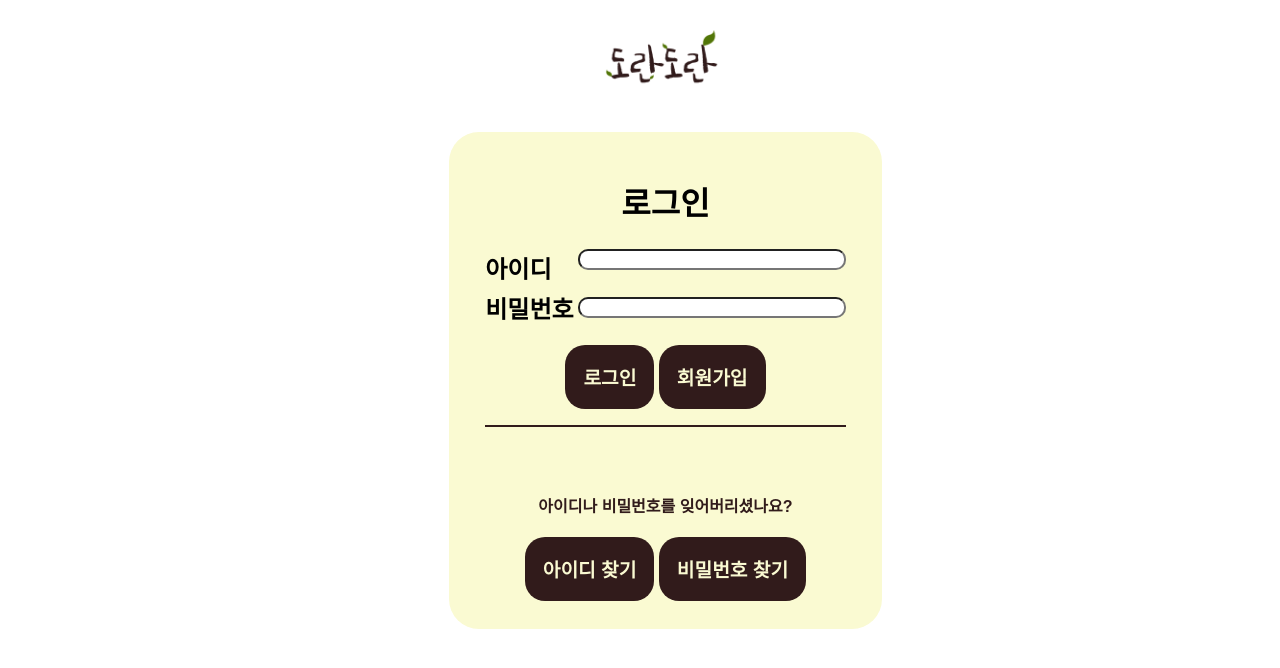
Repository: juhyun110701/DORANDORAN
Page: http://localhost/dorandoran/login.jsp
The author's editor kept a copy of each file at every save. The page is drawn from the files as they stood at one save, then again after the next save.
The browser window is 1280 px wide. The pictures show the whole page.
Some web fonts or font styles are not loaded; a fallback is used. The page is served by Tomcat 9. Nobody is signed in. The application's start-up code is not run.

Above is the page before, as saved 2019-07-19 11:26:12.

After the next save:
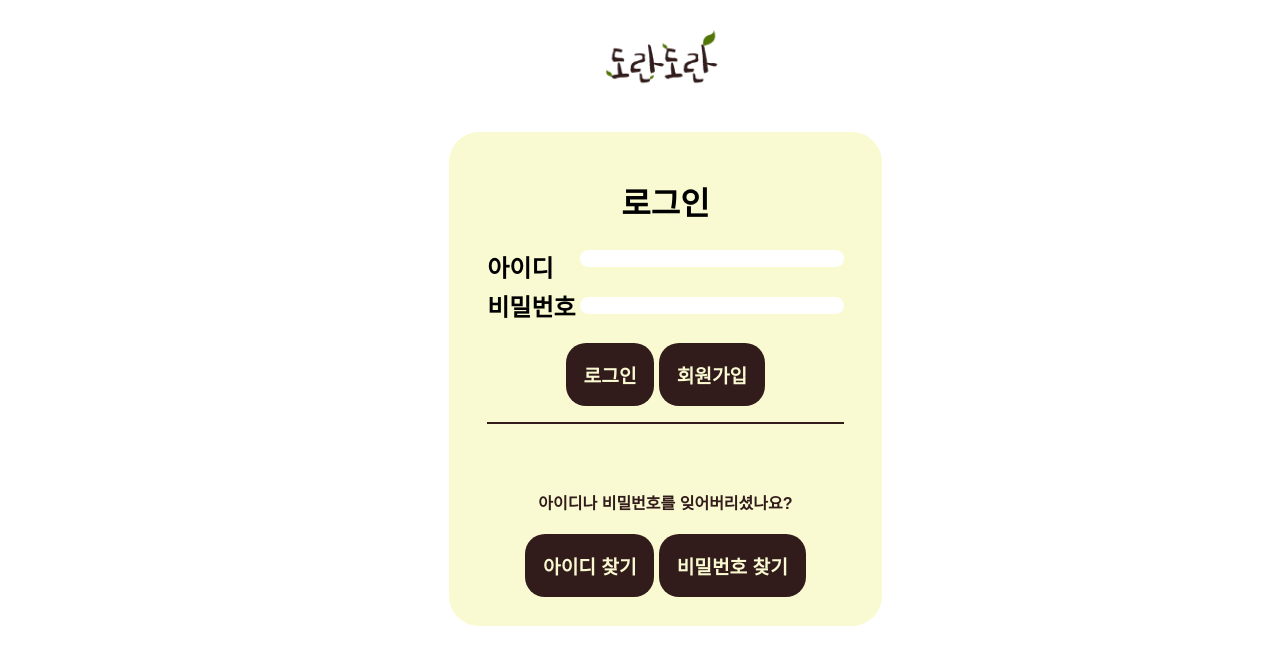
Saved 14 s later.
--- a/dorandoran/WebContent/css/login.css
+++ b/dorandoran/WebContent/css/login.css
@@ -27,6 +27,7 @@ a{
 .text{
 	border-radius:10px;
 	outline:0;
+	border:0;
 }
 
 .btn{
